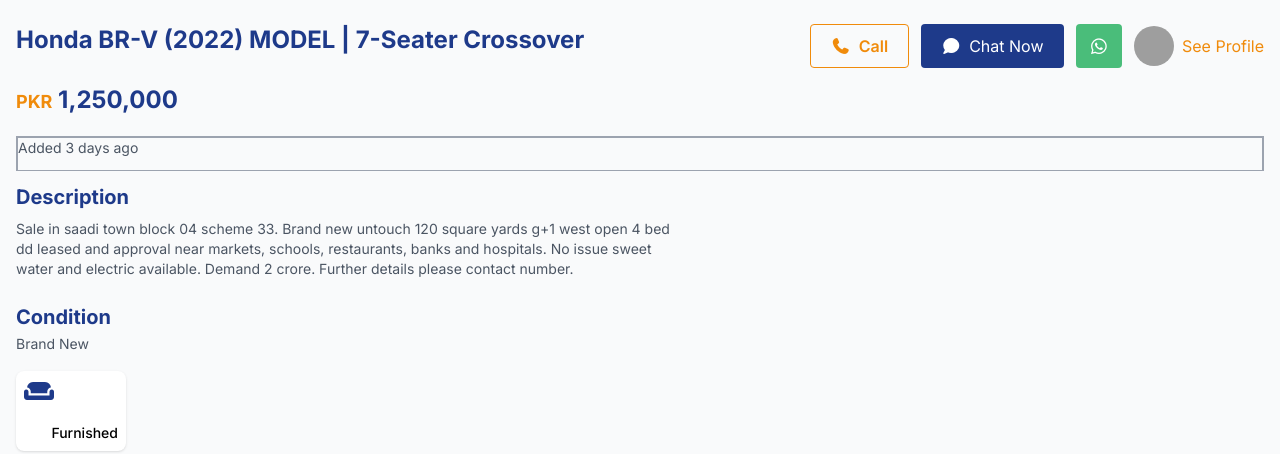
Repository: ARFA-SAEED/miljayega
Page: src/motorsPage/bikes_1.html
These files come from the project's save history. The page is drawn as it stood at one moment and after the next save; the edit follows.
The browser window is 1280 px wide. The pictures show the part of the page from y = 633 to 1087 px (the page is 2070 px tall before and 2069 px after).
Pictures or frames that could not be fetched are drawn as grey boxes. A picture or video elsewhere on the page could not be fetched, so the positions and the page height are approximate. Some web fonts or font styles are not loaded; a fallback is used. Some web libraries are served in a nearby version.

Above is the page before, as saved 2025-08-25 13:20:32.

### src/motorsPage/bikes_1.html
<!DOCTYPE html>
<html lang="en">

<head>
    <meta charset="utf-8" />
    <meta content="width=device-width, initial-scale=1.0" name="viewport" />
    <title>Miljaega.pk - Bikes 1</title>
    <script src="https://cdn.tailwindcss.com?plugins=forms,container-queries"></script>
    <link href="https://fonts.googleapis.com/css2?family=Inter:wght@400;500;600;700&display=swap" rel="stylesheet" />
    <link href="https://fonts.googleapis.com/css2?family=Poppins:wght@400;500;600;700&display=swap" rel="stylesheet" />
    <link href="https://fonts.googleapis.com/icon?family=Material+Icons" rel="stylesheet" />
    <link href="https://fonts.googleapis.com/css2?family=Lalezar&display=swap" rel="stylesheet">
    <link href="https://fonts.googleapis.com/css2?family=Noto+Nastaliq+Urdu&display=swap" rel="stylesheet">
    <script src="https://cdn.jsdelivr.net/npm/alpinejs@3.x.x/dist/cdn.min.js" defer></script>
    <script src="https://cdn.jsdelivr.net/npm/@tailwindcss/browser@4"></script>
    <link rel="stylesheet" href="./Css/miljaega-homepage.css">
    <!-- Font Awesome CDN -->
    <link href="https://cdnjs.cloudflare.com/ajax/libs/font-awesome/6.5.2/css/all.min.css" rel="stylesheet">

    <link rel="stylesheet" href="https://cdnjs.cloudflare.com/ajax/libs/font-awesome/7.0.0/css/all.min.css"
        integrity="sha512-DxV+EoADOkOygM4IR9yXP8Sb2qwgidEmeqAEmDKIOfPRQZOWbXCzLC6vjbZyy0vPisbH2SyW27+ddLVCN+OMzQ=="
        crossorigin="anonymous" referrerpolicy="no-referrer" />
</head>

<body class="bg-gray-50">

    <!-- Header -->
    <header class="bg-white shadow-sm fixed top-0 z-50 w-full">
        <div class="lg:mx-auto 2xl:mx-20 relative py-3 container px-4 sm:px-6">
            <div class="flex justify-between items-center py-3">
                <!-- Left: Logo -->
                <div class="flex-shrink-0">
                    <img src="../../../assets/images/logo.svg" alt="Logo" class="h-8 sm:h-10" />
                </div>

                <!-- Center Nav (Desktop) -->
                <nav
                    class="hidden xl:flex absolute 2xl:ms-[440px] left-1/2 transform -translate-x-1/2 space-x-6 text-sm font-medium text-gray-600">
                    <div class="flex justify-center mt-2">
                        <div class="inline-flex rounded-lg shadow-md bg-white overflow-hidden">
                            <a href="#"
                                class="px-6 py-3 text-sm font-medium text-white bg-blue-900 hover:bg-blue-900 transition duration-300 flex items-center">
                                <i class="fa-solid fa-list mr-2"></i> ALL
                            </a>
                            <a href="#"
                                class="px-6 py-3 text-sm font-medium text-pak-green hover:bg-[rgb(220,228,245)] flex items-center">
                                <i class="fa-solid fa-circle-plus mr-2"></i> NEW
                            </a>
                            <a href="#"
                                class="px-6 py-3 text-sm font-medium text-pak-green hover:bg-[rgb(220,228,245)] flex items-center">
                                <i class="fa-solid fa-recycle mr-2"></i> USED
                            </a>
                            <a href="#"
                                class="px-6 py-3 text-sm font-medium text-pak-green hover:bg-[rgb(220,228,245)] flex items-center">
                                <i class="fa-solid fa-key mr-2"></i> RENT
                            </a>
                            <a href="#"
                                class="px-6 py-3 text-sm font-medium text-pak-green hover:bg-[rgb(220,228,245)] flex items-center">
                                <i class="fa-solid fa-arrow-right-arrow-left mr-2"></i> Exchange
                            </a>
                        </div>
                    </div>
                </nav>

                <!-- Mobile Hamburger -->
                <button id="mobileMenuToggle" class="block xl:hidden text-gray-700 hover:text-primary-green">
                    <svg class="w-7 h-7" fill="none" stroke="currentColor" stroke-width="2" viewBox="0 0 24 24">
                        <path stroke-linecap="round" stroke-linejoin="round" d="M4 6h16M4 12h16M4 18h16"></path>
                    </svg>
                </button>
            </div>
        </div>
    </header>

    <!-- Mobile Menu -->
    <div id="mobileMenu"
        class="xl:hidden hidden bg-white shadow-md fixed top-[72px] left-0 right-0 z-40 max-h-[calc(100vh-72px)] overflow-y-auto">
        <div class="px-4 py-4 space-y-4 text-sm font-medium text-gray-700">
            <div class="flex justify-around text-center gap-2 flex-wrap">
                <a href="#" class="flex flex-col items-center gap-1 hover:text-primary-green">
                    <img src="./images/second-hand.png" class="w-6 h-6" /> Used
                </a>
                <a href="#" class="flex flex-col items-center gap-1 hover:text-primary-green">
                    <img src="./images/new.png" class="w-6 h-6" /> New
                </a>
                <a href="#" class="flex flex-col items-center gap-1 hover:text-primary-green">
                    <img src="./images/exchange.png" class="w-6 h-6" /> Exchange
                </a>
                <a href="#" class="flex flex-col items-center gap-1 hover:text-primary-green">
                    <img src="./images/rent.png" class="w-6 h-6" /> Rentals
                </a>
            </div>
        </div>
    </div>

    <!-- Spacer -->
    <div class="pt-[72px]"></div>

    <!-- Images Section -->
    <div class="container mx-auto px-4 mt-12">
        <div class="grid grid-cols-1 lg:grid-cols-2 gap-3">
            <div>
                <img class="w-full h-[250px] sm:h-[400px] lg:h-[513px] object-cover rounded-lg lg:rounded-l-[10px]"
                    src="https://auto.yugatech.com/wp-content/uploads/2022/09/2023-Honda-BRV-Main-2048x1024.jpg" alt="">
            </div>
            <div class="flex flex-col gap-3">
                <img class="w-full h-[200px] sm:h-[250px] object-cover rounded-lg lg:rounded-tr-[10px]"
                    src="https://hondaotodalat.com.vn/wp-content/uploads/2020/02/honda_BRV_hondaotovovankiet_vn_15.jpg"
                    alt="">
                <img class="w-full h-[200px] sm:h-[250px] object-cover rounded-lg lg:rounded-br-[10px]"
                    src="https://d31sro4iz4ob5n.cloudfront.net/upload/car/br-v-2024/feature/interior/br-v-2024-lhd-amplio-confort-y-versatilidad.jpg"
                    alt="">
            </div>
        </div>
    </div>

    <!-- Title & Buttons -->
    <div class="container mx-auto px-4 mt-6 flex flex-col lg:flex-row justify-between items-start gap-4">
        <h1 class="font-bold text-blue-900 text-xl lg:text-2xl">
            Honda BR-V (2022) MODEL | 7-Seater Crossover
        </h1>
        <div class="flex flex-wrap gap-3">
            <button class="border border-[#F08B0B] text-[#F08B0B] font-semibold rounded px-5 py-2 flex items-center">
                <i class="fa-solid fa-phone me-2"></i> Call
            </button>
            <button class="bg-blue-900 hover:bg-blue-800 text-white rounded px-5 py-2 flex items-center">
                <i class="fa-solid fa-comment me-2"></i> Chat Now
            </button>
            <button class="bg-[#4ABD7A] text-white rounded px-3 py-2 flex items-center">
                <i class="fa-brands fa-whatsapp text-lg"></i>
            </button>
            <div class="flex items-center gap-2">
                <img class="rounded-full h-10 w-10"
                    src="https://tse3.mm.bing.net/th/id/OIP.WpIMP_W3gb5bZ81rA-K2YgHaHa?pid=Api&P=0&h=220" alt="">
                <span class="text-[#F08B0B]">See Profile</span>
            </div>
        </div>
    </div>


    <!-- Price -->
    <div class="container mx-auto px-4 mt-4">
        <h1 class="text-blue-900 font-bold text-xl lg:text-2xl">
            <span class="text-lg text-[#F08B0B]">PKR</span> 1,250,000
        </h1>
        <p class="text-gray-600 text-sm mt-5 pb-3 border-b border-gray-400 border-2">Added 3 days ago</p>
    </div>

    <!-- Description -->
    <div class="container mx-auto px-4 mt-3">
        <h1 class="text-blue-900 font-bold text-xl mb-2">Description</h1>
        <p class="text-sm text-gray-600 max-w-2xl">
            Sale in saadi town block 04 scheme 33. Brand new untouch 120 square yards g+1 west open 4 bed dd leased and
            approval near markets, schools, restaurants, banks and hospitals. No issue sweet water and electric
            available.
            Demand 2 crore. Further details please contact number.
        </p>
    </div>

    <!-- Condition -->
    <div class="container mx-auto px-4 mt-6">
        <h1 class="text-blue-900 font-bold text-xl">Condition</h1>
        <span class="text-gray-600 text-sm">Brand New</span>
        <div class="relative mt-4 shadow rounded-lg h-20 w-[110px] bg-white p-3">
            <i class="fa-solid fa-couch text-blue-900 text-2xl absolute top-1 left-2"></i>
            <span class="absolute bottom-2 right-2 text-sm font-medium">Furnished</span>
        </div>
    </div>

    <!-- Location -->
    <div class="container mx-auto px-4 mt-6">
        <h1 class="text-blue-900 font-bold text-xl mb-3">Location and nearby facilities</h1>
        <div class="flex flex-wrap gap-4 mb-5">
            <button class="flex items-center gap-2 px-4 py-2 bg-white rounded-lg shadow-md">
                <i class="fa-solid fa-border-all text-[#F08B0B]"></i> All
            </button>
            <button class="flex items-center gap-2 px-4 py-2 bg-white rounded-lg shadow-md">
                <i class="fa-solid fa-school text-[#F08B0B]"></i> School
            </button>
            <button class="flex items-center gap-2 px-4 py-2 bg-white rounded-lg shadow-md">
                <i class="fa-solid fa-hospital text-[#F08B0B]"></i> Hospitals
            </button>
            <button class="flex items-center gap-2 px-4 py-2 bg-white rounded-lg shadow-md">
                <i class="fa-solid fa-utensils text-[#F08B0B]"></i> Restaurant
            </button>
        </div>
        <img src="https://png.pngtree.com/png-clipart/20230315/original/pngtree-map-location-pin-with-red-png-image_8989833.png"
            class="h-[300px] sm:h-[400px] mx-auto" alt="">
    </div>
    <footer class="bg-[#0C3168] text-white">
        <div class="container mx-auto px-4 sm:px-6 lg:px-8 py-10">

            <!-- ✅ Mobile/Tablet (sm, md, lg): 2 Rows Layout -->
            <div class="flex  flex-wrap gap-8 lg:hidden">
                <!-- Row 1: ABOUT US + MY ACCOUNT -->
                <div class="w-full flex   gap-8">
                    <!-- ABOUT US -->
                    <div class="w-full ms-10 md:ms-0 sm:w-1/2 text-left">
                        <ul class="leading-10">
                            <li class="font-bold text-xl mb-3">ABOUT US</li>
                            <li>FAQ</li>
                            <li>Anti Scam</li>
                            <li>Term of use</li>
                            <li>Privacy Policy</li>
                            <li>Contact Us</li>
                            <li>Sitemap</li>
                        </ul>
                    </div>
                    <!-- MY ACCOUNT -->
                    <div class="w-full ms-20 md:ms-60 sm:w-1/2 text-left">
                        <ul class="leading-10">
                            <li class="font-bold text-xl mb-3">MY ACCOUNT</li>
                            <li>Login</li>
                            <li>Register</li>
                        </ul>
                    </div>
                </div>

                <!-- Row 2: Miljaega + Social -->
                <div class="w-full flex gap-8 mt-5">
                    <!-- Miljaega -->
                    <div class="w-full sm:w-1/2 ms-10 md:ms-0 text-left">
                        <ul class="leading-10">
                            <li class="font-bold text-xl mb-3">Miljaega</li>
                            <li>Inspected by miljaega</li>
                            <li>Featured by miljaega</li>
                            <li>Recomended by miljaega</li>
                        </ul>
                    </div>
                    <!-- Social -->
                    <div class="w-full ms-20 md:ms-60  sm:w-1/2 text-left leading-15">
                        <ul>
                            <li class="font-bold text-xl  mb-3">FOLLOW US</li>
                        </ul>
                        <div class=" ms-8 md:ms-0 sm:flex-wrap md:flex mt-3 gap-5">
                            <img src="../../assets/images/fb.svg" class="h-10" alt="">
                            <img src="../../assets/images/insta.svg" class="h-10" alt="">
                            <img src="../../assets/images/twitter.svg" class="h-10" alt="">
                            <img src="../../assets/images/youtube.svg" class="h-10" alt="">
                        </div>
                    </div>
                </div>
            </div>

            <!-- ✅ XL and Up: Original 4-column Layout -->
            <div class="hidden lg:block lg:flex lg:justify-between xl:gap-8">
                <!-- ABOUT US -->
                <div class="w-full sm:w-1/2 xl:w-auto mb-5 xl:mb-0  xl:text-left">
                    <ul class="leading-10">
                        <li class="font-bold text-xl mb-3">ABOUT US</li>
                        <li>FAQ</li>
                        <li>Anti Scam</li>
                        <li>Term of use</li>
                        <li>Privacy Policy</li>
                        <li>Contact Us</li>
                        <li>Sitemap</li>
                    </ul>
                </div>
                <!-- MY ACCOUNT -->
                <div class="w-full sm:w-1/2 xl:w-auto text-left mb-5 xl:mb-0">
                    <ul class="leading-10">
                        <li class="font-bold text-xl mb-3">MY ACCOUNT</li>
                        <li>Login</li>
                        <li>Register</li>
                    </ul>
                </div>
                <!-- Miljaega -->
                <div class="w-full sm:w-1/2 xl:w-auto mb-5 xl:mb-0 text-left">
                    <ul class="leading-10">
                        <li class="font-bold text-xl mb-3">Miljaega</li>
                        <li>Inspected by miljaega</li>
                        <li>Featured by miljaega</li>
                        <li>Recomended by miljaega</li>
                    </ul>
                </div>
                <!-- Social -->
                <div class="w-full sm:w-1/2 xl:w-auto text-left mb-5 xl:mb-0 leading-15">
                    <ul>
                        <li class="font-bold text-xl mb-3">FOLLOW US</li>
                    </ul>
                    <div class="flex  ustify-start mt-3 gap-5">
                        <img src="../../assets/images/fb.svg" class="h-10" alt="">
                        <img src="../../assets/images/insta.svg" class="h-10" alt="">
                        <img src="../../assets/images/twitter.svg" class="h-10" alt="">
                        <img src="../../assets/images/youtube.svg" class="h-10" alt="">
                    </div>
                </div>
            </div>

            <!-- Footer bottom -->
            <div class="text-center border-t-2 border-white mt-10 pt-5 text-sm">
                <p>© Copyright 2025 Miljaega <br>Powered by The Tech Creators</p>
            </div>
        </div>
    </footer>

    <script>
        // Mobile menu toggle
        document.addEventListener("DOMContentLoaded", () => {
            const toggleBtn = document.getElementById("mobileMenuToggle");
            const mobileMenu = document.getElementById("mobileMenu");
            toggleBtn.addEventListener("click", () => {
                mobileMenu.classList.toggle("hidden");
            });
        });
    </script>

</body>

</html>

### assets/Css/miljaega-homepage.css
 :root {
   --primary-green: #0B6847;
 }

 body {
   font-family: 'Inter', sans-serif;
   background-color: #f8fafc;
 }

 .text-primary-green {
   color: var(--primary-green);
 }

 .bg-primary-green {
   background-color: #003E3E;
 }

 .border-primary-green {
   border-color: var(--primary-green);
 }

 .card {
   @apply bg-white rounded-lg shadow-[0_4px_6px_-1px_rgba(0, 0, 0, 0.1), 0_2px_4px_-2px_rgba(0, 0, 0, 0.1)] transition-transform duration-200;
 }

 .card:hover {
   transform: translateY(-5px);
 }

 .verified-badge {
   @apply text-blue-600 text-base;
 }


 /* Sell Button */
 ._520955ba {
   position: relative;
   overflow: hidden;
   border-radius: 4px;
 }

 header {
   z-index: 100;
 }

 .fbf39733 {
   background-color: #ffffff;
   /* Green background */
   border: none;
   cursor: pointer;
 }

 ._6257aca6 {
   object-fit: contain;
   z-index: 1;
 }


 ._948d9e0a {
   position: relative;
   z-index: 2;
 }

 ._27a68d65 {
   display: flex;
   align-items: center;
 }

 .b2e0090c {
   padding: 8px 16px;
 }

 ._371e9918 {
   color: white;
 }

 ._6041419a {
   margin-right: 8px;
 }

 ._8206696c {
   font-weight: 900;
 }

 .b7af14b4 {
   font-size: 12px;
 }

 .dd240920 {
   line-height: 1.5;
 }

 @import url('https://fonts.googleapis.com/css2?family=Inter:wght@300;400;500;600;700&display=swap');

 body {
   font-family: 'Inter', sans-serif;

 }

 .card-hover {
   transition: all 0.3s ease;
   box-shadow: 0 4px 6px rgba(0, 0, 0, 0.05);
 }

 .card-hover:hover {
   transform: translateY(-5px);
   box-shadow: 0 10px 25px rgba(0, 0, 0, 0.1);
 }

 .image-hover {
   transition: transform 0.5s ease;
 }

 .status-dot {
   position: absolute;
   bottom: 5px;
   right: 10px;
   width: 12px;
   height: 12px;
   background-color: #1dbf73;
   border: 2px solid white;
   border-radius: 50%;
   z-index: 10;
   box-shadow: 0 0 0 2px rgba(29, 191, 115, 0.3);
 }

 .status-pulse {
   position: absolute;
   bottom: -1px;
   right: -1px;
   width: 16px;
   height: 16px;
   background-color: rgba(29, 191, 115, 0.4);
   border-radius: 50%;
   z-index: 5;
   animation: pulse 1.5s infinite;
 }

 @keyframes pulse {
   0% {
     transform: scale(0.8);
     opacity: 0.7;
   }

   70% {
     transform: scale(1.5);
     opacity: 0;
   }

   100% {
     transform: scale(0.8);
     opacity: 0;
   }
 }

 .star-container {
   display: inline-flex;
   align-items: center;
   margin-left: -8px;
 }

 .star-full {
   color: #f2880f;
   position: relative;
 }

 .star-full::before {
   content: "★";
   position: absolute;
   color: white;
   font-size: 15px;
   top: 2px;
   left: 2px;
 }

 .star-half {
   position: relative;
   width: 20px;
   height: 20px;
 }

 .star-half-left {
   position: absolute;
   left: 0;
   width: 50%;
   height: 100%;
   background: #ff643d;
   border-top-left-radius: 3px;
   border-bottom-left-radius: 3px;
 }

 .star-half-right {
   position: absolute;
   right: 0;
   width: 50%;
   height: 100%;
   background: rgba(200, 201, 202, 0.48);
   border-top-right-radius: 3px;
   border-bottom-right-radius: 3px;
 }

 .star-half::before {
   content: "★";
   position: absolute;
   color: white;
   font-size: 15px;
   top: 2px;
   left: 2px;
   z-index: 10;
 }

 .badge {
   transition: all 0.3s ease;
 }

 .badge:hover {
   transform: scale(1.05);
 }

 .arrow-tab {
   position: relative;
   padding: 0.75rem 2rem;
   display: flex;
   align-items: center;
   justify-content: center;
   clip-path: polygon(0 0, calc(100% - 20px) 0, 100% 50%, calc(100% - 20px) 100%, 0 100%, 20px 50%);
   margin-left: -18px;
   cursor: pointer;
   transition: all 0.2s ease;
 }

 .arrow-tab:first-child {
   clip-path: polygon(0 0, calc(100% - 20px) 0, 100% 50%, calc(100% - 20px) 100%, 0 100%);
   margin-left: 0;
   padding-left: 3rem;
 }

 .arrow-tab.active {
   background-color: #1e3a8a;
   /* Tailwind's blue-900 */
   color: white;
   z-index: 10;
 }

 .arrow-tab:not(.active):hover {
   background-color: #ced8f3;
   /* Light gray on hover */
 }

 @media (min-width: 1024px) and (max-width: 1028px) {
   .custom-mt {
     margin-top: 10px;
     /* Equivalent to mt-9 */
   }
 }

 .thumbnail {
   transition: all 0.2s ease;
 }

 .thumbnail:hover {
   transform: scale(1.05);
   box-shadow: 0 0 5px rgba(59, 130, 246, 0.5);
 }

 #main-image {
   transition: opacity 0.3s ease;
 }



 .scrollbar-hide::-webkit-scrollbar {
   display: none;
 }

 .scrollbar-hide {
   -ms-overflow-style: none;
   scrollbar-width: none;
 }

 .search-dropdown {
   display: none;
   position: absolute;
   top: 100%;
   /* directly below input */
   left: 0;
   width: 100%;
   max-height: 400px;
   overflow-y: auto;
   /* only scroll when necessary */
   z-index: 999999;
   /* way above all site content */
   background: white;
   border: 1px solid #e5e7eb;
   border-radius: 0.5rem;
   box-shadow: 0 4px 6px -1px rgba(0, 0, 0, 0.1),
     0 2px 4px -1px rgba(0, 0, 0, 0.06);
 }

 .search-dropdown-section {
   padding-left: 13px;
   padding-right: 13px;
   padding-bottom: 10px;

 }

 .search-dropdown-section:last-child {
   border-bottom: none;
 }

 .search-dropdown-item {
   padding: 0.5rem;
   cursor: pointer;
   border-radius: 0.25rem;
   background-color: white;
 }

After the next save:
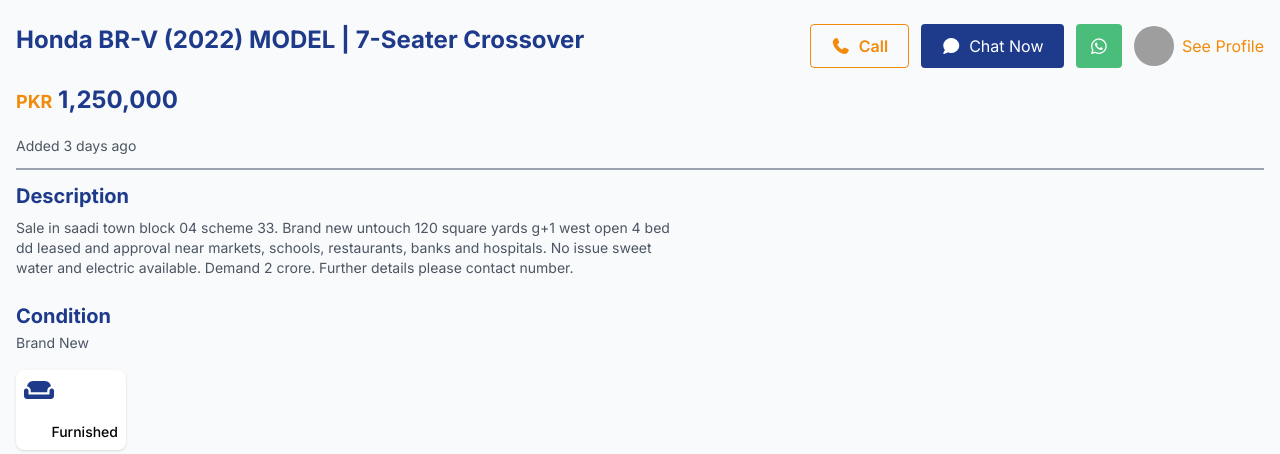
Saved 5 s later.
--- a/src/motorsPage/bikes_1.html
+++ b/src/motorsPage/bikes_1.html
@@ -143,7 +143,7 @@
         <h1 class="text-blue-900 font-bold text-xl lg:text-2xl">
             <span class="text-lg text-[#F08B0B]">PKR</span> 1,250,000
         </h1>
-        <p class="text-gray-600 text-sm mt-5 pb-3 border-b border-gray-400 border-2">Added 3 days ago</p>
+        <p class="text-gray-600 text-sm mt-5 pb-3 border-b border-gray-400 border-b-2">Added 3 days ago</p>
     </div>
 
     <!-- Description -->
